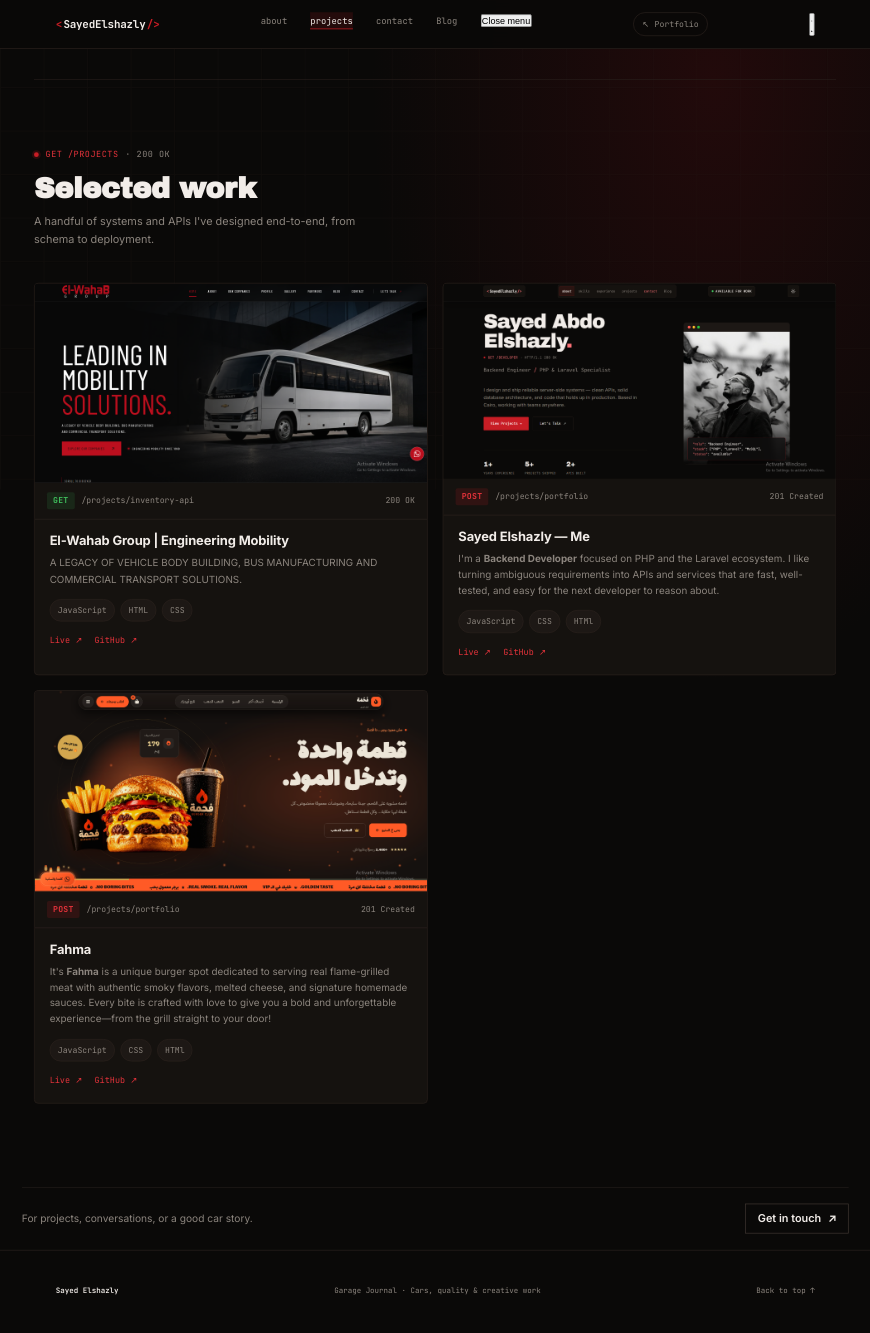
Repository: sayedelshazly/Portfolio.SE
Page: projects.html
These files come from the project's save history. The page is drawn as it stood at one moment and after the next save; the edit follows.
The browser window is 1280 px wide. The pictures show the whole page, at 68% of full size.

Above is the page before, as saved 2026-10-31 09:02:32.
Console error: TypeError: Cannot read properties of null (reading 'addEventListener')

After the next save:
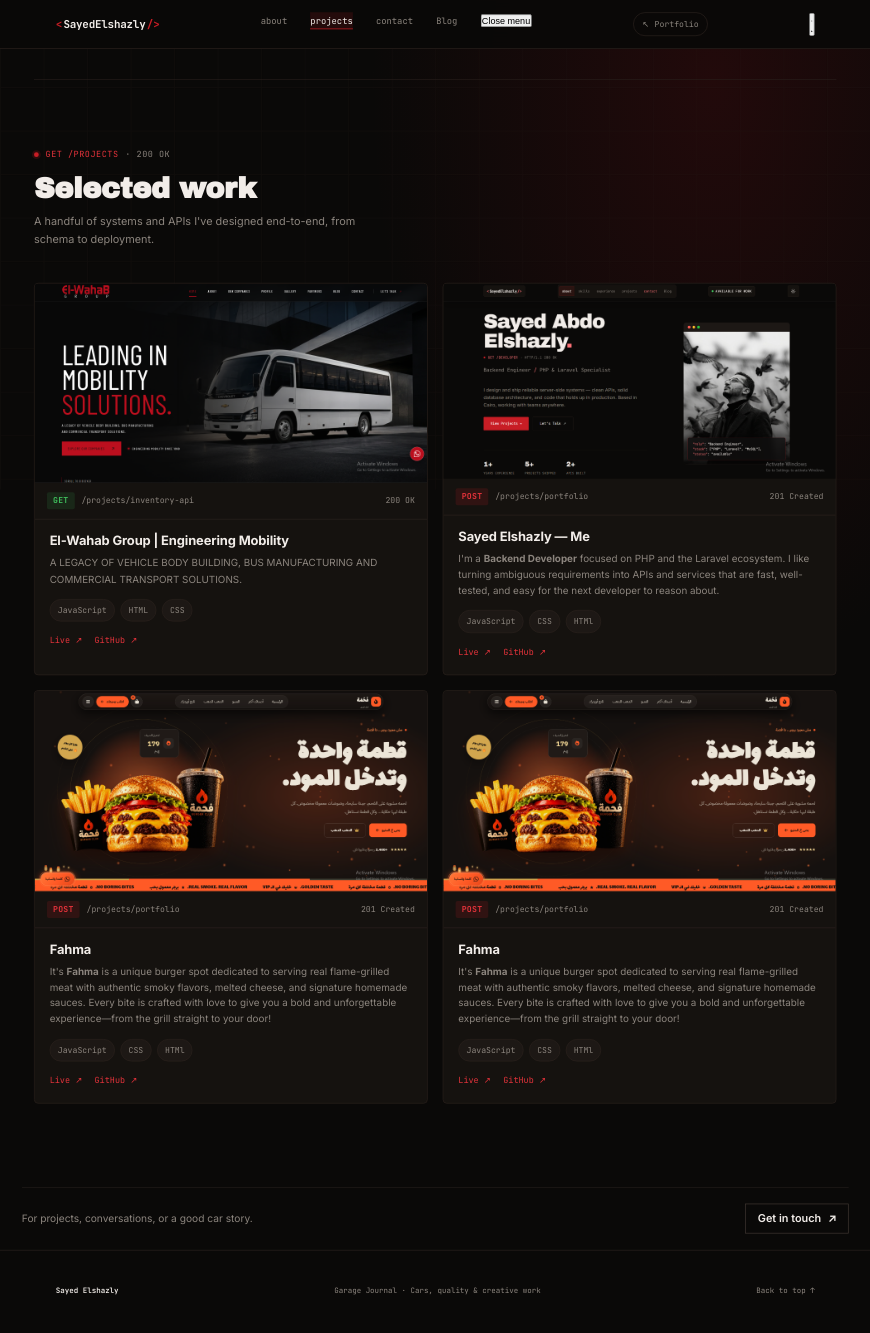
Saved 5 min 50 s later.
--- a/projects.html
+++ b/projects.html
@@ -162,6 +162,34 @@
                         </div>
                     </div>
                 </div>
+                <div class="project-card">
+                    <figure class="project-visual">
+                        <img src="./assets/blog/Screenshot (375)(1).png" alt="Illustrative booking calendar preview"
+                            loading="lazy" decoding="async">
+                    </figure>
+                    <div class="pc-top">
+                        <span class="method post">POST</span>
+                        <span class="route">/projects/portfolio</span>
+                        <span class="status-code">201 Created</span>
+                    </div>
+                    <div class="pc-body">
+                        <h3>Fahma</h3>
+                        <p>It's <b>Fahma</b> is a unique burger spot dedicated to serving real flame-grilled meat with
+                            authentic smoky flavors, melted cheese, and signature homemade sauces. Every bite is crafted
+                            with love to
+                            give you a bold and unforgettable experience—from the grill straight to your door!</p>
+                        <div class="tag-row" style="margin-bottom:18px;">
+                            <span class="tag">JavaScript</span><span class="tag">CSS</span><span class="tag">HTMl</span>
+                        </div>
+                        <div class="pc-links">
+                            <!-- <a href="https://selshazly-portfolio.up.railway.app">Live ↗</a> -->
+                            <a href="https://fahma-lv.vercel.app" target="_blank">Live ↗</a>
+                            <!-- <a href="https://selshazly-portfolio.up.railway.app" target="_blank" rel="noopener">Live ↗</a> -->
+
+                            <a href="#">GitHub ↗</a>
+                        </div>
+                    </div>
+                </div>
 
             </div>
         </section>
